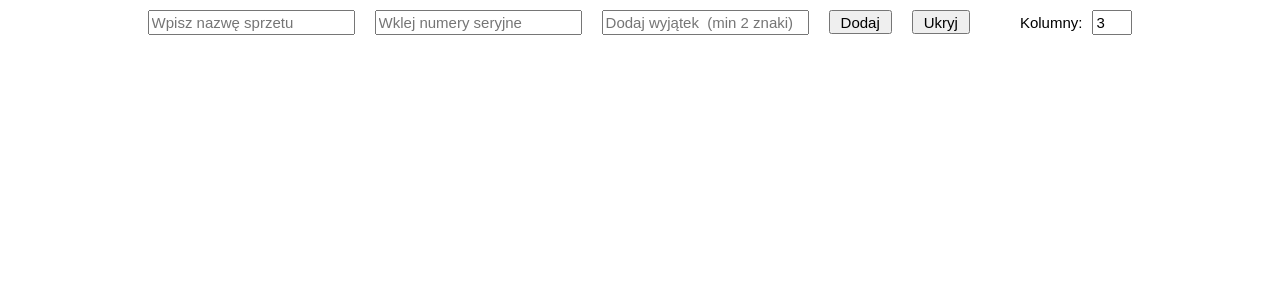
Repository: sypekk/codes-printer
Page: /
An editor plug-in stored every save of this project. The page is shown before and after the next save, followed by the edit.
The browser window is 1280 px wide. The pictures show the whole page.
Some web fonts or font styles are not loaded; a fallback is used. The project was rebuilt for these pictures with package versions that can differ from the ones it lists, and the page was loaded fresh each time. Also part of the build but not shown: src/components/Name/Name.js, src/components/Serial/Serial.js, src/components/Table/Table.js.

Above is the page before, as saved 2019-05-03 17:54:46.

After the next save:
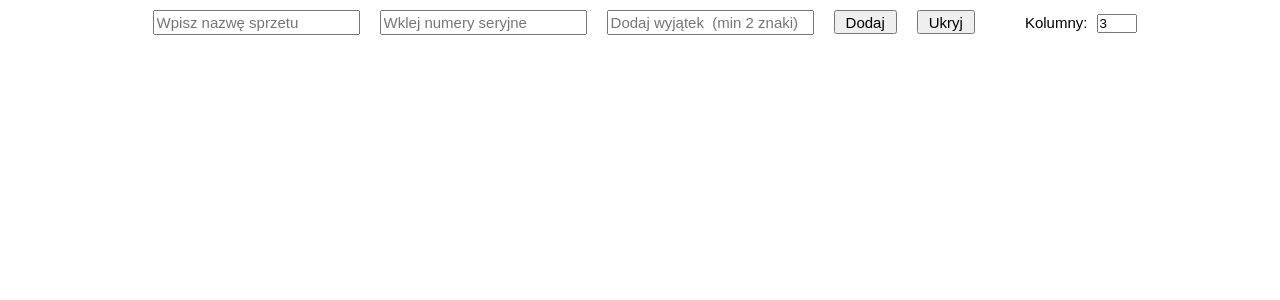
Saved 40 s later.
--- a/src/App.css
+++ b/src/App.css
@@ -28,32 +28,3 @@ button {
   margin: 10px;
   padding: 0 10px;
 }
-
-input {
-  font-size: 15px;
-  padding: 2px;
-  margin: 0px 10px;
-}
-
-div:disabled {
-  display: none;
-}
-
-
-div.name {
-  /* dispaly: flex; */
-  padding: 15px 5px 5px;
-  /* align-self: center; */
-  text-align: center;
-  border-bottom: 1px solid black;
-}
-
-div.code {
-  /* font-family: "Code_39 2_5"; */
-  /* font-family: "Libre Barcode 39 Extended Text"; */
-  font-family: "Libre Barcode 39 Text";
-  font-size: 30px;
-  padding: 10px 5px 5px;
-  text-align: center;
-  border-bottom: 1px solid black;
-}
